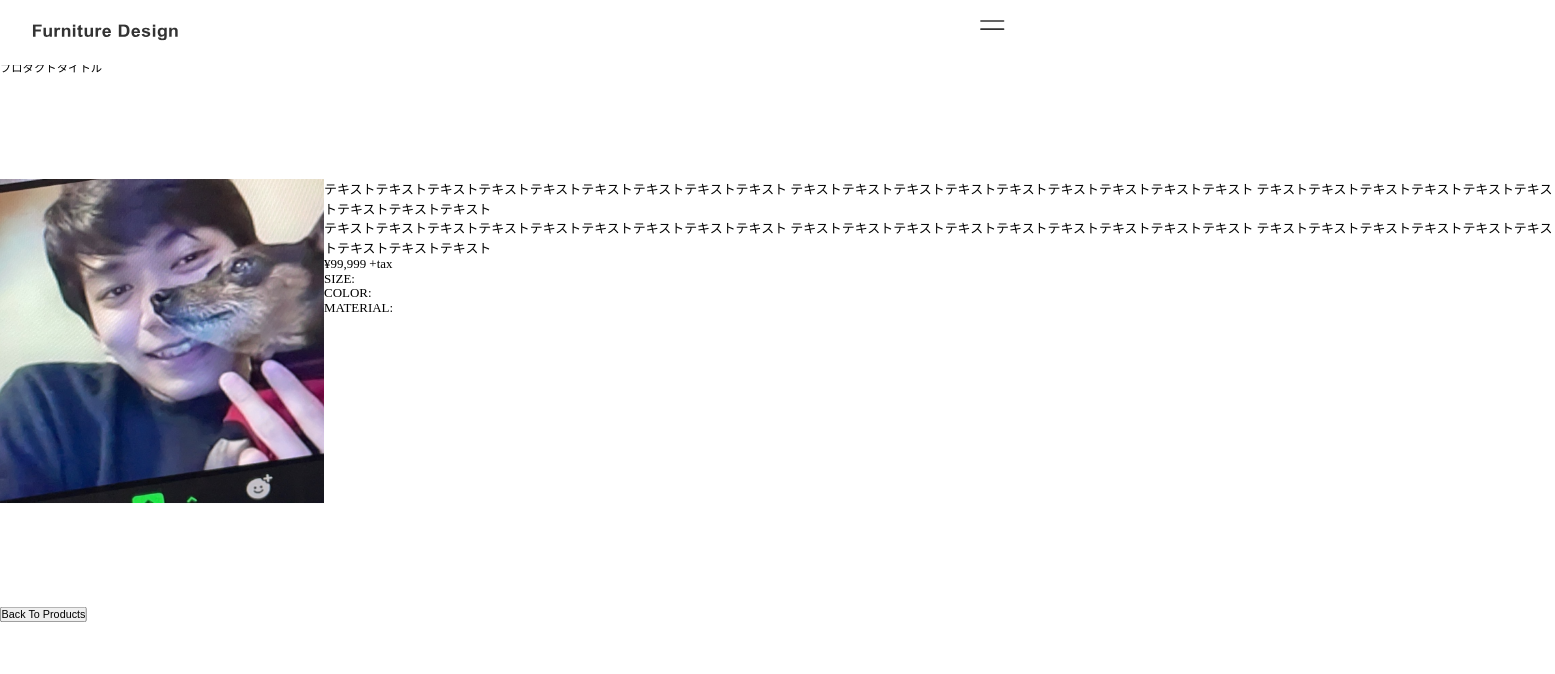
Repository: kohei23n/tenfeet
Page: menbers2/index.html
An editor plug-in stored every save of this project. The page is shown before and after a run of saves, followed by the edit.
The browser window is 1280 px wide. The page is 1920 px wide, so the pictures cover 1920 px, including what lies to the right of the window. The pictures show the whole page, at 81% of full size.

Above is the page before, as saved 2022-02-08 21:54:23.

After the next 2 saves:
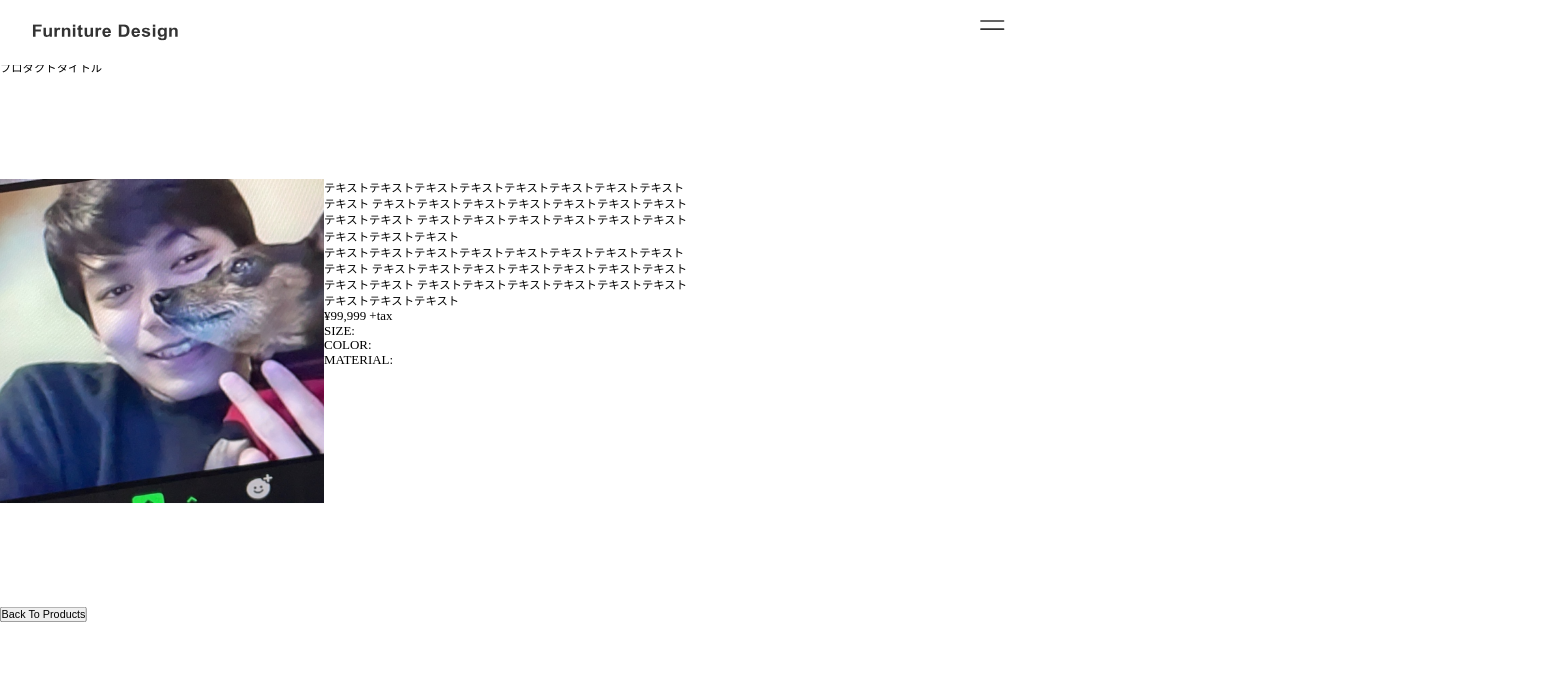
The 2 saves are shown as one change because they came seconds apart.
The last was saved 13 s later.
--- a/menbers2/menbers2.js
+++ b/menbers2/menbers2.js
@@ -2,8 +2,8 @@ let content = `<h1 class="member_name">プロダクトタイトル</h1>
 <section class="section_member">
 <img src="../img/9.jpg" alt="" class="member_img">
 <div class="member_content">
-        <p class="content1">テキストテキストテキストテキストテキストテキストテキストテキストテキスト テキストテキストテキストテキストテキストテキストテキストテキストテキスト テキストテキストテキストテキストテキストテキストテキストテキストテキスト</p>
-        <p class="content2">テキストテキストテキストテキストテキストテキストテキストテキストテキスト テキストテキストテキストテキストテキストテキストテキストテキストテキスト テキストテキストテキストテキストテキストテキストテキストテキストテキスト</p>
+        <p class="content">テキストテキストテキストテキストテキストテキストテキストテキストテキスト テキストテキストテキストテキストテキストテキストテキストテキストテキスト テキストテキストテキストテキストテキストテキストテキストテキストテキスト</p>
+        <p class="content">テキストテキストテキストテキストテキストテキストテキストテキストテキスト テキストテキストテキストテキストテキストテキストテキストテキストテキスト テキストテキストテキストテキストテキストテキストテキストテキストテキスト</p>
         <p>¥99,999 +tax</p>
         <p>SIZE: </p>
         <p>COLOR: </p>
